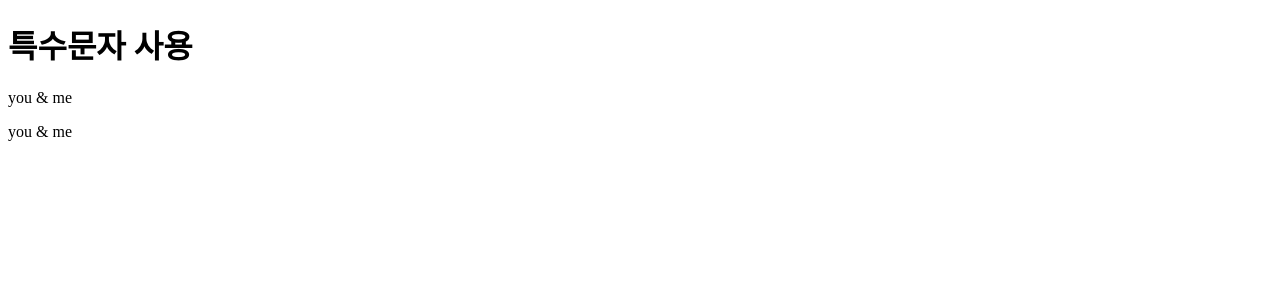
Repository: masima305/html_study
Page: Ex_1220/WebContent/day1/entity_tag.html
These files come from the project's save history. The page is drawn as it stood at one moment and after the next save; the edit follows.
The browser window is 1280 px wide. The pictures show the whole page.

Above is the page before, as saved 2017-12-20 05:43:28.

### Ex_1220/WebContent/day1/entity_tag.html
<!DOCTYPE html>
<html>
	<head>
		<meta charset="UTF-8">
		<title>Insert title here</title>
	</head>
	<body>
		<!-- 특수문자 < > ""등 특수문자는 자칫 태그로 인식하는 경우가 있어 이를 구별하기 위해
		entity 코드를 사용한다. -->

		<h1>특수문자 사용</h1>
		<p> you & me </p>
		<p> you &amp; me</p>


	</body>
</html>

After the next save:
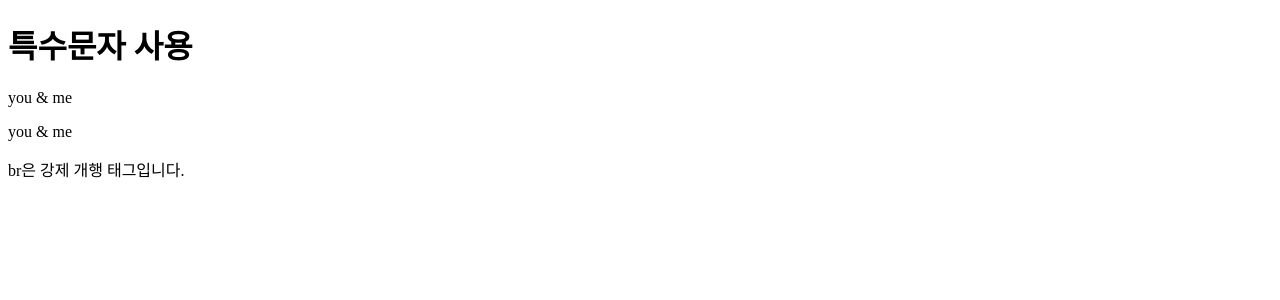
Saved 76 s later.
--- a/Ex_1220/WebContent/day1/entity_tag.html
+++ b/Ex_1220/WebContent/day1/entity_tag.html
@@ -13,5 +13,9 @@
 		<p> you &amp; me</p>
 
 
+		<p>
+			br은 강제 개행 태그입니다.
+		</p>
+
 	</body>
 </html>
